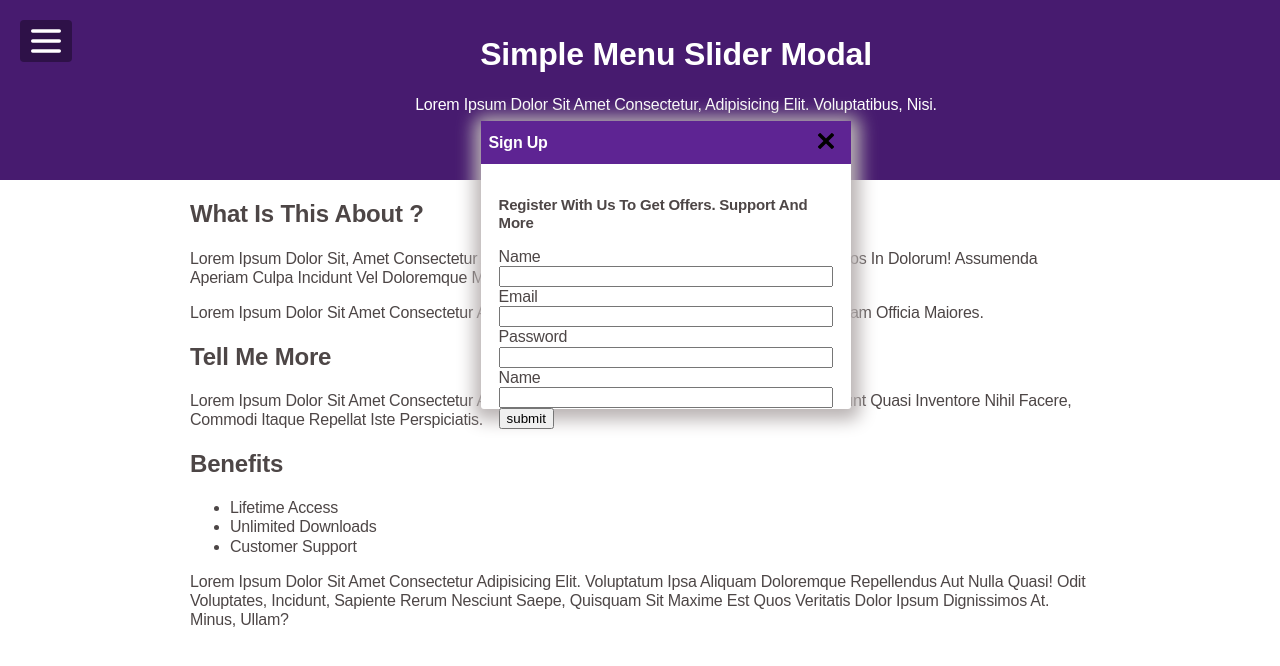
Repository: lilo750/Menu-Slider-modal
Page: index.html
These files come from the project's save history. The page is drawn as it stood at one moment and after the next save; the edit follows.
The browser window is 1280 px wide. The pictures show the whole page.

Above is the page before, as saved 2024-01-15 07:49:57.

After the next save:
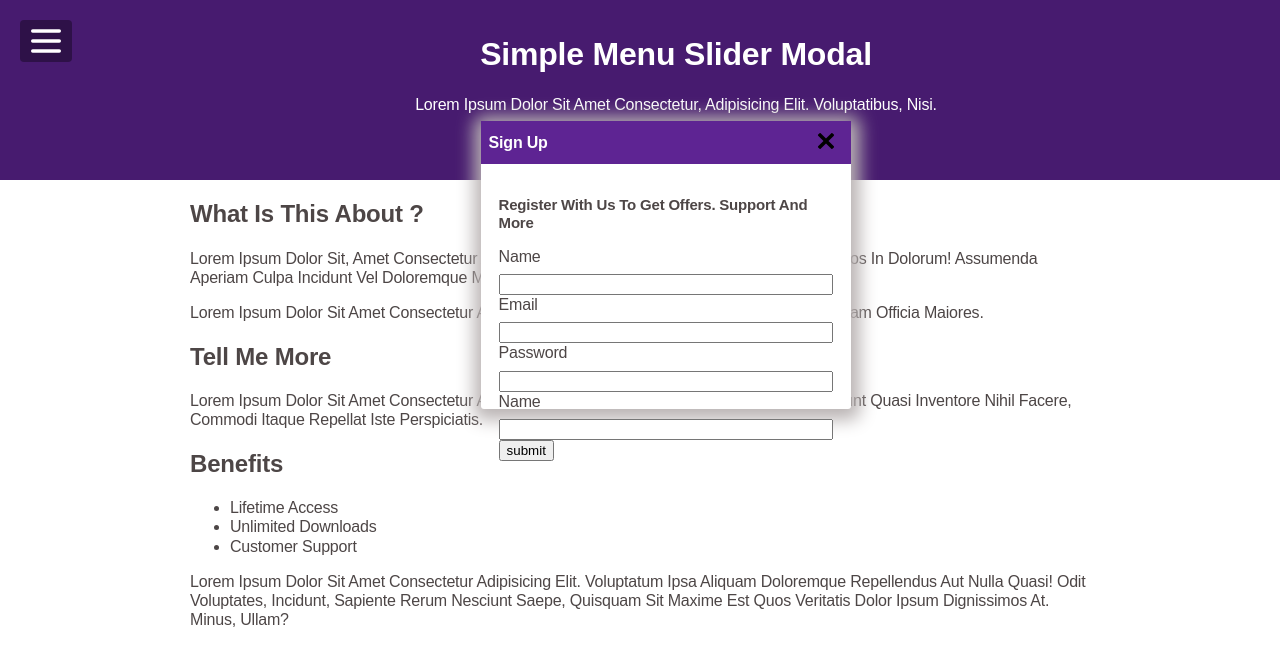
Saved 30 s later.
--- a/assets/style.css
+++ b/assets/style.css
@@ -107,6 +107,10 @@ body {
         .form-control {
             display: flex;
             flex-direction: column;
+
+            & label {
+                margin-bottom: 8px;
+            }
         }
     }
 }
